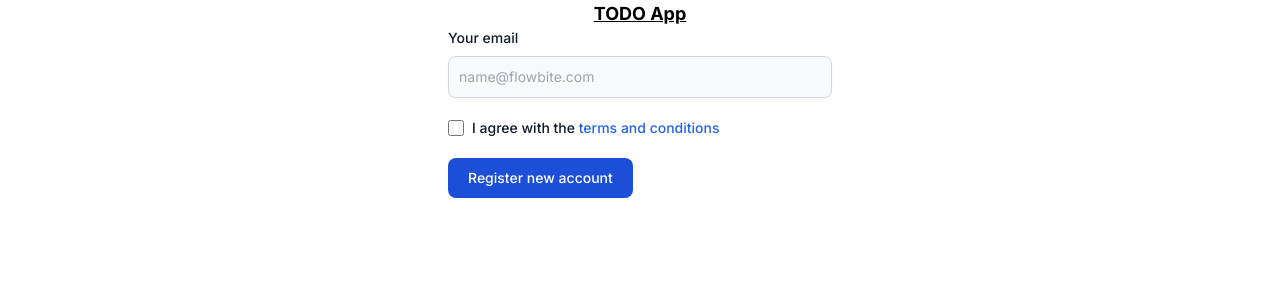
Repository: fatimash2123/next-todo
Page: /todo
These files come from the project's save history. The page is drawn as it stood at one moment and after the next save; the edit follows.
The browser window is 1280 px wide. The pictures show the whole page.
The project was rebuilt for these pictures with package versions that can differ from the ones it lists, and the page was loaded fresh each time. The framework's server and built-in components were replaced by stand-ins that run in the browser. Also part of the build but not shown: next.config.mjs.

Above is the page before, as saved 2024-02-13 11:05:04.

### app/todo/page.tsx
import React from "react";
import AddTodo from "../components/AddTodo";

const Todo = function () {
  return (
    <div className="h-screen w-full">
      <h1 className="font-bold text-lg text-center text-3xl underline">
        TODO App
      </h1>
      <AddTodo />
    </div>
  );
};

export default Todo;

### app/components/AddTodo.tsx
const AddTodo = function () {
  return (
    <form className="max-w-sm mx-auto">
      <div className="mb-5">
        <label
          htmlFor="email"
          className="block mb-2 text-sm font-medium text-gray-900 dark:text-white"
        >
          Your email
        </label>
        <input
          type="email"
          id="email"
          className="shadow-sm bg-gray-50 border border-gray-300 text-gray-900 text-sm rounded-lg focus:ring-blue-500 focus:border-blue-500 block w-full p-2.5 dark:bg-gray-700 dark:border-gray-600 dark:placeholder-gray-400 dark:text-white dark:focus:ring-blue-500 dark:focus:border-blue-500 dark:shadow-sm-light"
          placeholder="name@flowbite.com"
          required
        />
      </div>

      <div className="flex items-start mb-5">
        <div className="flex items-center h-5">
          <input
            id="terms"
            type="checkbox"
            value=""
            className="w-4 h-4 border border-gray-300 rounded bg-gray-50 focus:ring-3 focus:ring-blue-300 dark:bg-gray-700 dark:border-gray-600 dark:focus:ring-blue-600 dark:ring-offset-gray-800 dark:focus:ring-offset-gray-800"
            required
          />
        </div>
        <label
          htmlFor="terms"
          className="ms-2 text-sm font-medium text-gray-900 dark:text-gray-300"
        >
          I agree with the{" "}
          <a
            href="#"
            className="text-blue-600 hover:underline dark:text-blue-500"
          >
            terms and conditions
          </a>
        </label>
      </div>
      <button
        type="submit"
        className="text-white bg-blue-700 hover:bg-blue-800 focus:ring-4 focus:outline-none focus:ring-blue-300 font-medium rounded-lg text-sm px-5 py-2.5 text-center dark:bg-blue-600 dark:hover:bg-blue-700 dark:focus:ring-blue-800"
      >
        Register new account
      </button>
    </form>
  );
};

export default AddTodo;

### tailwind.config.js
/** @type {import('tailwindcss').Config} */
module.exports = {
  content: [
    "./app/**/*.{js,ts,jsx,tsx,mdx}",
    "./components/**/*.{js,ts,jsx,tsx,mdx}",
  ],
  theme: {
    extend: {},
  },
  plugins: [],
}

Loaded but not shown: app/layout.tsx (common file); app/globals.css (common file)

After the next save:
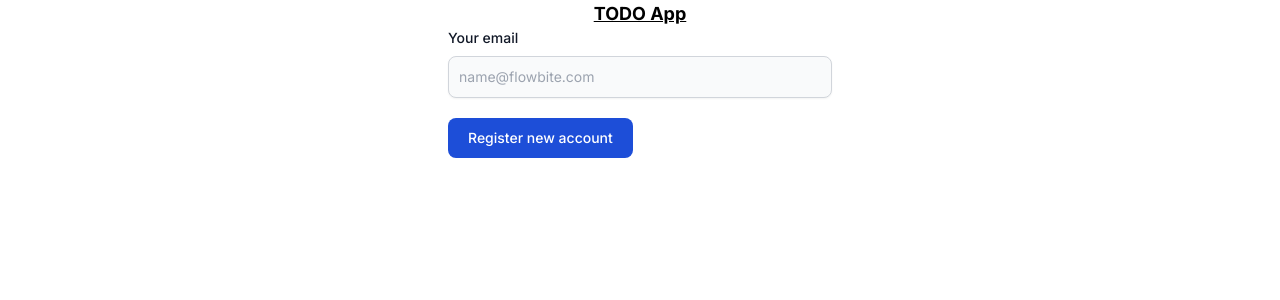
Saved 9 s later.
--- a/app/components/AddTodo.tsx
+++ b/app/components/AddTodo.tsx
@@ -17,29 +17,6 @@ const AddTodo = function () {
         />
       </div>
 
-      <div className="flex items-start mb-5">
-        <div className="flex items-center h-5">
-          <input
-            id="terms"
-            type="checkbox"
-            value=""
-            className="w-4 h-4 border border-gray-300 rounded bg-gray-50 focus:ring-3 focus:ring-blue-300 dark:bg-gray-700 dark:border-gray-600 dark:focus:ring-blue-600 dark:ring-offset-gray-800 dark:focus:ring-offset-gray-800"
-            required
-          />
-        </div>
-        <label
-          htmlFor="terms"
-          className="ms-2 text-sm font-medium text-gray-900 dark:text-gray-300"
-        >
-          I agree with the{" "}
-          <a
-            href="#"
-            className="text-blue-600 hover:underline dark:text-blue-500"
-          >
-            terms and conditions
-          </a>
-        </label>
-      </div>
       <button
         type="submit"
         className="text-white bg-blue-700 hover:bg-blue-800 focus:ring-4 focus:outline-none focus:ring-blue-300 font-medium rounded-lg text-sm px-5 py-2.5 text-center dark:bg-blue-600 dark:hover:bg-blue-700 dark:focus:ring-blue-800"
